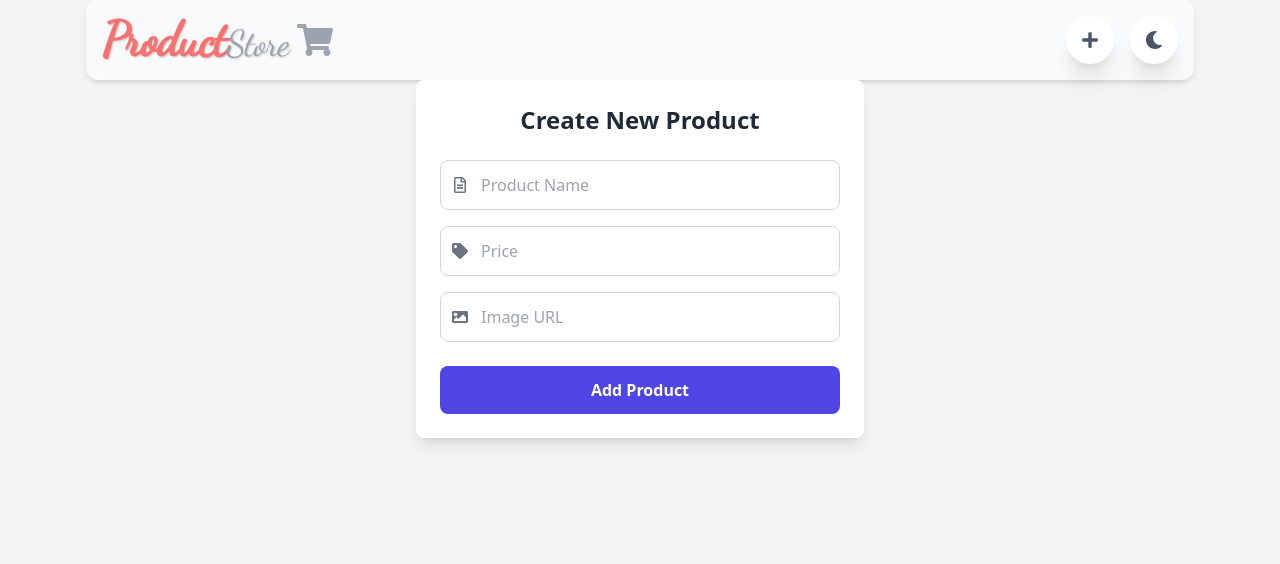
Repository: xarrkhan001/Mern-stack-Project
Page: /create (app in frontend/)
These files come from the project's save history. The page is drawn as it stood at one moment and after the next save; the edit follows.
The browser window is 1280 px wide. The pictures show the whole page.
The project was rebuilt for these pictures with package versions that can differ from the ones it lists, and the page was loaded fresh each time. Also part of the build but not shown: frontend/vite.config.js, frontend/src/pages/HomePage.jsx.

Above is the page before, as saved 2025-03-06 12:15:26.

### frontend/src/main.jsx
import React from "react";
import { BrowserRouter } from "react-router-dom";
import ReactDOM from "react-dom";
import "./index.css";
import App from "./App";

ReactDOM.render(
  <React.StrictMode>
    <BrowserRouter>
      <App />
    </BrowserRouter>
  </React.StrictMode>,
  document.getElementById("root")
);

### frontend/src/index.css
@import url('https://fonts.googleapis.com/css2?family=Dancing+Script&display=swap');


@tailwind base;
@tailwind components;
@tailwind utilities;

### frontend/src/App.jsx
import React from "react";
import { Routes, Route } from "react-router-dom";
import HomePage from "./pages/HomePage";
import CreatePage from "./pages/CreatePage";
import Navbar from "./components/Navbar";

const App = () => {
  return (
    <>
      <div className="min-h-[100vh] bg-gray-100 dark:bg-gray-900 dark:text-white">
        {" "}
        {/* Lighter background color */}
        <Navbar />
        <Routes>
          <Route path="/" element={<HomePage />} />
          <Route path="/create" element={<CreatePage />} />
        </Routes>
      </div>
    </>
  );
};

export default App;

### frontend/src/pages/CreatePage.jsx
import React, { useState } from "react";
import { FaRegFileAlt, FaTag, FaImage } from "react-icons/fa";

const CreatePage = () => {
  const [newProduct, setNewProduct] = useState({
    name: "",
    price: "",
    image: "",
  });

  // Handle input change
  const handleChange = (e) => {
    const { name, value } = e.target;
    setNewProduct((prevProduct) => ({
      ...prevProduct,
      [name]: value,
    }));
  };

  // Handle form submission
  const handleSubmit = (e) => {
    e.preventDefault();
    console.log("Product added:", newProduct);
  };

  return (
    <div className="flex justify-center items-center ">
      {/* Centering the form vertically and horizontally */}
      <div className="max-w-md w-full bg-white p-6 shadow-lg rounded-lg">
        <h1 className="text-2xl font-semibold text-gray-800 text-center mb-6">
          Create New Product
        </h1>

        <form onSubmit={handleSubmit}>
          {/* Product Name Field */}
          <div className="mb-4 relative">
            <input
              type="text"
              name="name"
              value={newProduct.name}
              onChange={handleChange}
              placeholder="Product Name"
              className="w-full p-3 pl-10 border border-gray-300 rounded-lg focus:outline-none focus:ring-2 focus:ring-indigo-500"
            />
            <FaRegFileAlt className="absolute left-3 top-1/2 transform -translate-y-1/2 text-gray-500" />
          </div>

          {/* Product Price Field */}
          <div className="mb-4 relative">
            <input
              type="number"
              name="price"
              value={newProduct.price}
              onChange={handleChange}
              placeholder="Price"
              className="w-full p-3 pl-10 border border-gray-300 rounded-lg focus:outline-none focus:ring-2 focus:ring-indigo-500"
            />
            <FaTag className="absolute left-3 top-1/2 transform -translate-y-1/2 text-gray-500" />
          </div>

          {/* Image URL Field */}
          <div className="mb-6 relative">
            <input
              type="text"
              name="image"
              value={newProduct.image}
              onChange={handleChange}
              placeholder="Image URL"
              className="w-full p-3 pl-10 border border-gray-300 rounded-lg focus:outline-none focus:ring-2 focus:ring-indigo-500"
            />
            <FaImage className="absolute left-3 top-1/2 transform -translate-y-1/2 text-gray-500" />
          </div>

          {/* Submit Button */}
          <div className="text-center">
            <button
              type="submit"
              className="w-full p-3 bg-indigo-600 text-white font-semibold rounded-lg hover:bg-indigo-700 transition duration-200"
            >
              Add Product
            </button>
          </div>
        </form>
      </div>
    </div>
  );
};

export default CreatePage;

### frontend/src/components/Navbar.jsx
import React, { useState, useEffect } from "react";
import { Link } from "react-router-dom";
import { FaPlus, FaShoppingCart } from "react-icons/fa";
import { FaSun, FaMoon } from "react-icons/fa";

const Navbar = () => {
  const [isDarkMode, setIsDarkMode] = useState(false);

  useEffect(() => {
    const savedTheme = localStorage.getItem("theme");
    if (savedTheme) {
      setIsDarkMode(savedTheme === "dark");
    }
  }, []);

  const toggleDarkMode = () => {
    setIsDarkMode((prevMode) => {
      const newMode = !prevMode;
      localStorage.setItem("theme", newMode ? "dark" : "light");
      return newMode;
    });
  };

  useEffect(() => {
    if (isDarkMode) {
      document.documentElement.classList.add("dark");
    } else {
      document.documentElement.classList.remove("dark");
    }
  }, [isDarkMode]);

  return (
    <>
      <div className="max-w-[1140px] px-4 mx-auto">
        {/* Navbar container */}
        <div
          className={`flex items-center justify-between h-20 p-4 rounded-xl shadow-md text-black dark:text-white ${
            isDarkMode ? "bg-transparent dark:bg-gray-800" : "bg-gray-50"
          }`}
        >
          {/* Left side - ProductStore logo */}
          <Link to="/" className="flex items-center">
            {/* Logo-style text */}
            <span
              className="font-logo text-5xl tracking-tight text-red-500 dark:text-gray-100"
              style={{
                fontFamily: "'Dancing Script', cursive", // Handwriting-style font
                letterSpacing: "-1px", // Tighter spacing for a joined look
                lineHeight: "1.1", // Tighter line height
                textShadow: "1px 1px 2px rgba(0, 0, 0, 0.2)", // Adding text shadow for depth
                WebkitFontSmoothing: "antialiased", // Smooth font rendering
                MozOsxFontSmoothing: "grayscale", // For MacOS font smoothing
              }}
            >
              <span
                className="text-5xl font-semibold text-red-400 dark:text-red-400"
                style={{
                  letterSpacing: "-1px", // Tighter spacing for "Product"
                }}
              >
                Product
              </span>
              <span
                className="text-4xl text-gray-400 dark:text-gray-400"
                style={{
                  letterSpacing: "-1px", // Tighter spacing for "Store"
                }}
              >
                Store
              </span>
            </span>
            {/* Icon next to the logo on the right side */}
            <FaShoppingCart className="text-4xl text-gray-400 dark:text-gray-300 ml-2" />
          </Link>

          {/* Right side - Plus Icon and Theme Toggle Icon */}
          <div className="relative flex items-center space-x-4">
            {/* Plus Icon */}
            <Link to="/create">
              <button className="w-12 h-12 bg-white dark:bg-gray-500 text-gray-600 dark:text-white rounded-full flex items-center justify-center transform hover:scale-125 transition-all duration-300 shadow-xl hover:shadow-2xl focus:outline-none">
                <FaPlus size={18} /> {/* Adjusted the size */}
              </button>
            </Link>

            {/* Dark/Light Mode Toggle Icon */}
            <button
              onClick={toggleDarkMode}
              className="w-12 h-12 bg-white dark:bg-gray-500 text-[#FF4081] dark:text-white rounded-full flex items-center justify-center transform hover:scale-125 transition-all duration-300 shadow-xl hover:shadow-2xl focus:outline-none"
            >
              {isDarkMode ? (
                <FaSun size={18} className="text-yellow-500" /> // Sun icon with yellow color for dark mode
              ) : (
                <FaMoon size={18} className="text-gray-600" /> // Moon icon with gray-600 color for light mode
              )}
            </button>
          </div>
        </div>
      </div>
    </>
  );
};

export default Navbar;

### frontend/tailwind.config.js
/** @type {import('tailwindcss').Config} */
export default {
  content: ["./index.html", "./src/**/*.{js,ts,jsx,tsx}"],
  theme: {
    extend: {},
  },
  darkMode: "class", // Enable dark mode via the 'dark' class
  plugins: [],
};

Loaded but not shown: frontend/index.html (common file)

After the next save:
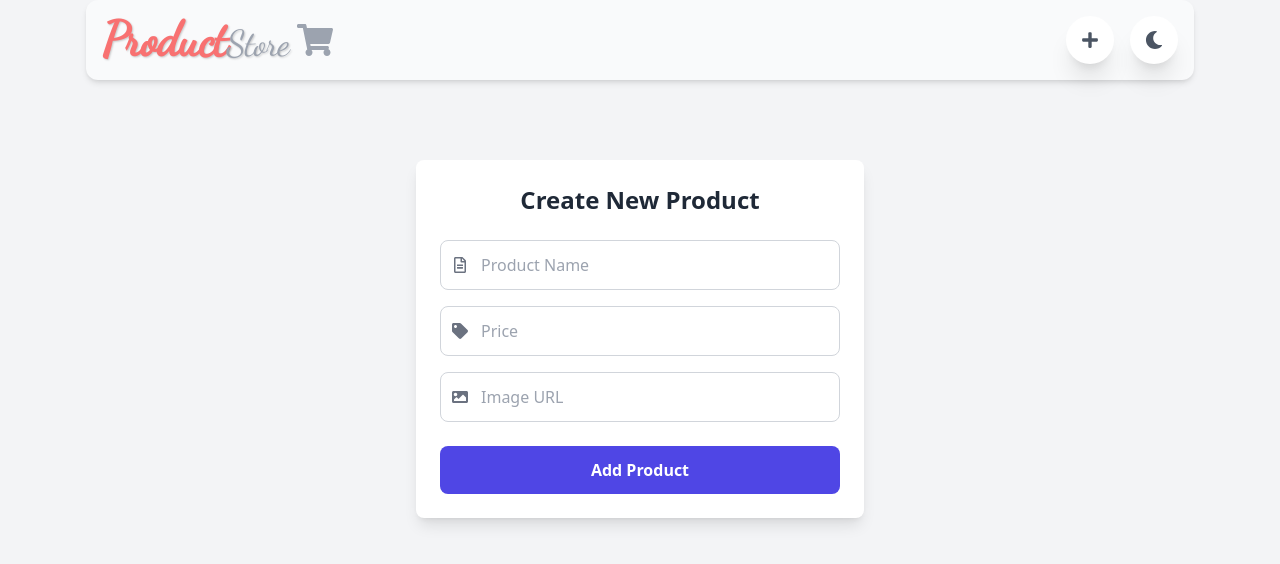
Saved 12 s later.
--- a/frontend/src/pages/CreatePage.jsx
+++ b/frontend/src/pages/CreatePage.jsx
@@ -24,7 +24,7 @@
   };
 
   return (
-    <div className="flex justify-center items-center ">
+    <div className="flex justify-center items-center pt-20">
       {/* Centering the form vertically and horizontally */}
       <div className="max-w-md w-full bg-white p-6 shadow-lg rounded-lg">
         <h1 className="text-2xl font-semibold text-gray-800 text-center mb-6">
